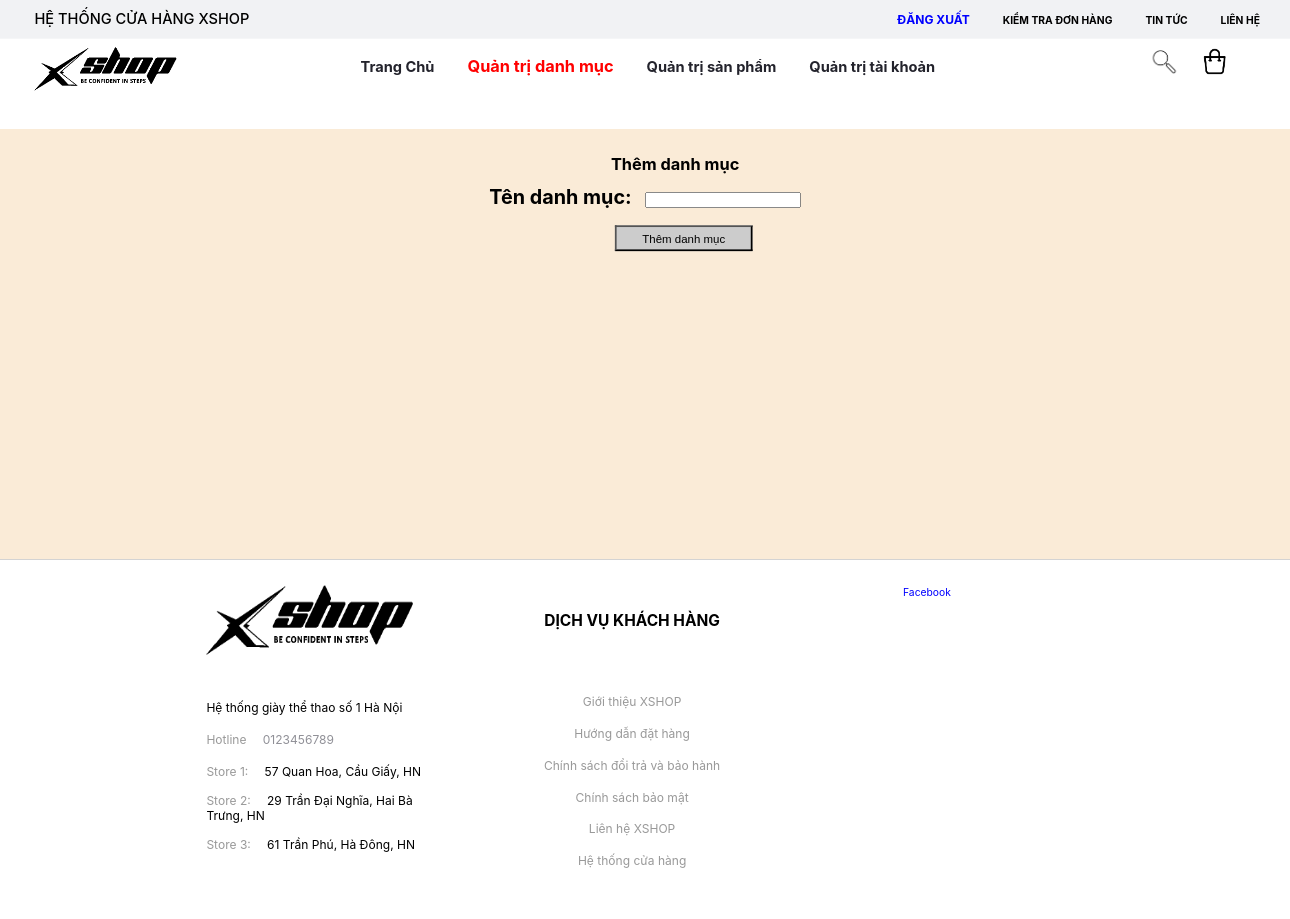
Repository: tienaq123/dam
Page: http://localhost/ass/ad/themdanhmuc.php
These files come from the project's save history. The page is drawn as it stood at one moment and after the next save; the edit follows.
The browser window is 1280 px wide. The page is 1500 px wide, so the pictures cover 1500 px, including what lies to the right of the window. The pictures show the whole page, at 86% of full size.
The page is run by PHP 8.4 with error messages shown; the project is at /var/www/html/.

Above is the page before, as saved 2021-10-14 05:16:45.

After the next save:
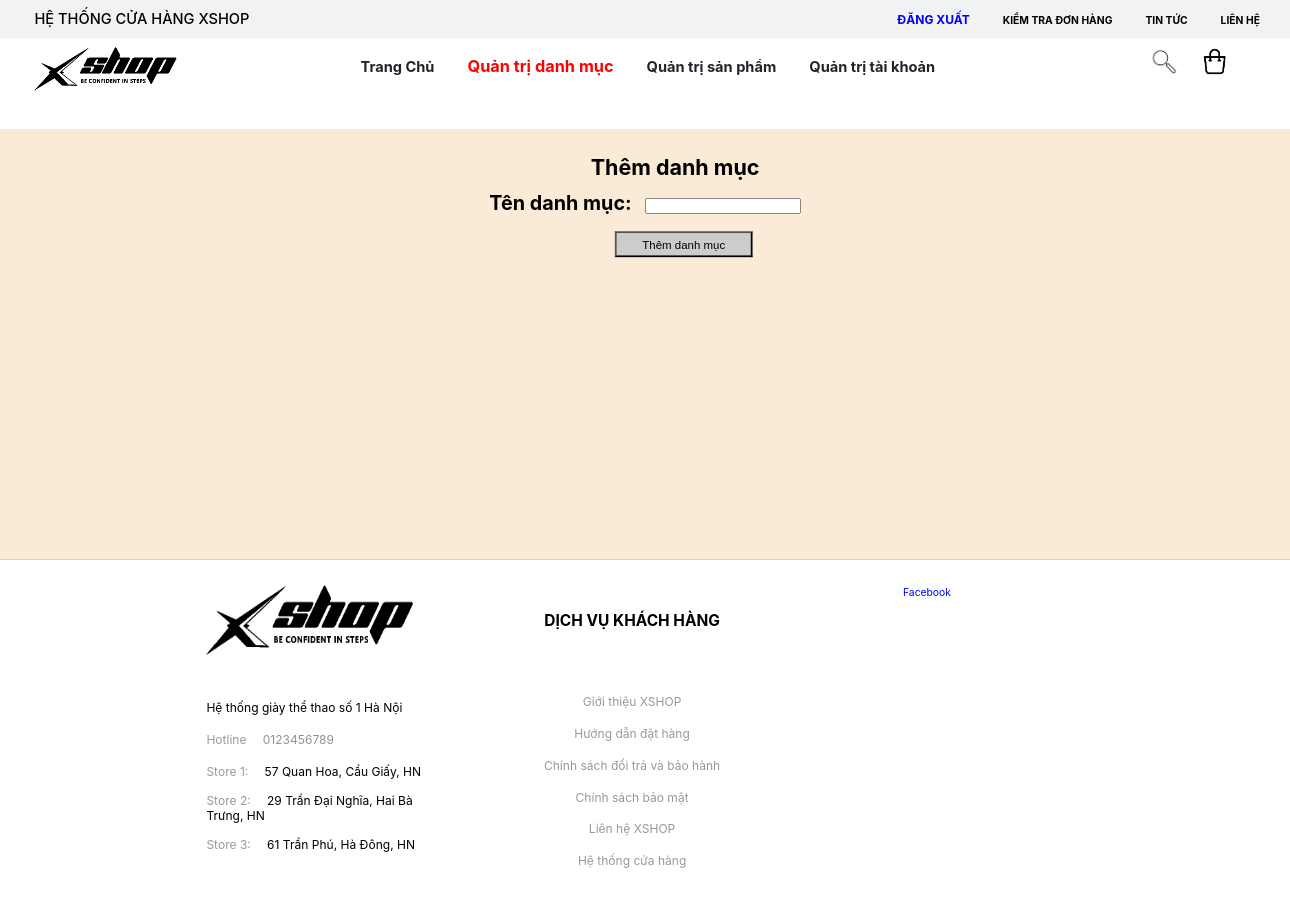
Saved 10 s later.
--- a/ad/themdanhmuc.php
+++ b/ad/themdanhmuc.php
@@ -48,7 +48,7 @@
         <!-- END HEADER -->
 
         <main style="">
-            <h2 style="font-size: 19px; padding-top: 30px; margin-left: 70px;">Thêm danh mục</h2>
+            <h2 style="font-size: 25px; padding-top: 30px; margin-left: 70px;">Thêm danh mục</h2>
             <form action="" method="POST">
                 <Span style="font-size: 23px; font-weight:bold;">Tên danh mục: </Span> <input style="margin: 20px 0px 20px 10px; " type="text" name="tendanhmuc"> <br>
                 <input style="background-color: #ccc; width: 160px; height: 30px; margin:0px 0px 20px 90px;" type="submit" value="Thêm danh mục" name="btn">
